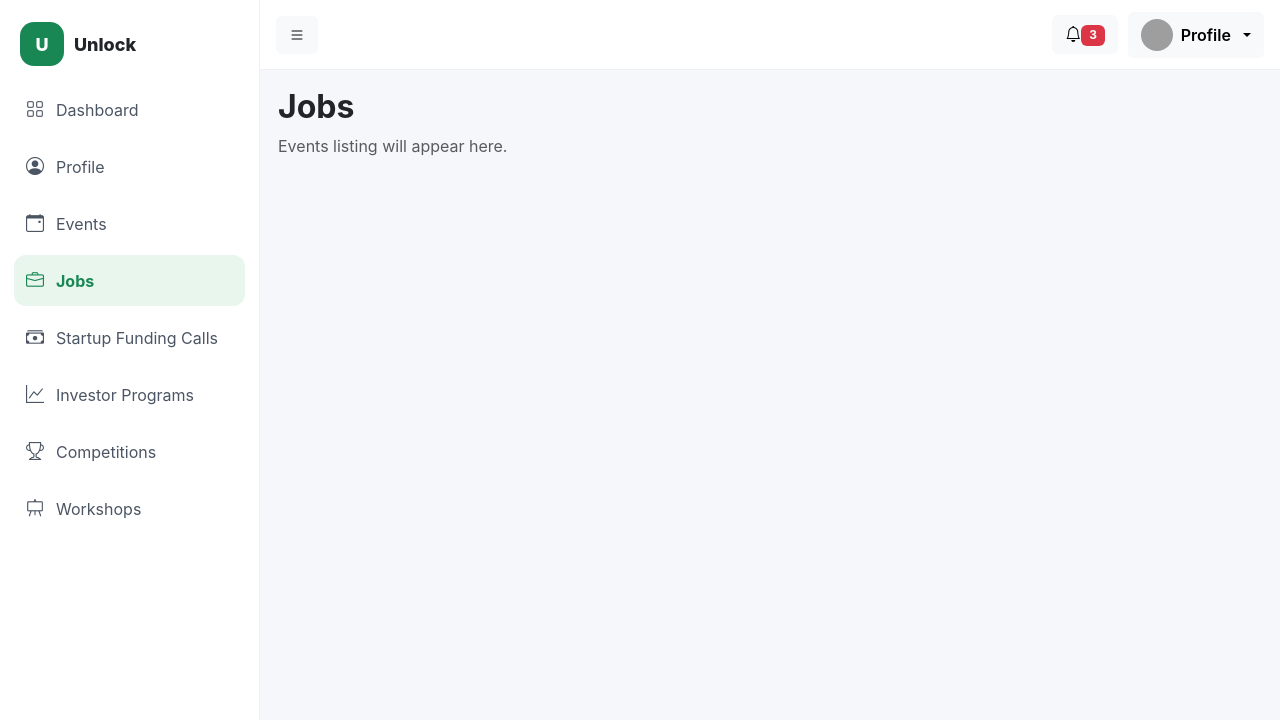
Repository: avmaurya07/unlock-dashboard
Page: /publisher/jobs
These files come from the project's save history. The page is drawn as it stood at one moment and after the next save; the edit follows.
The browser window is 1280 px wide. The pictures show the whole page.
Pictures or frames that could not be fetched are drawn as grey boxes. The project was rebuilt for these pictures with package versions that can differ from the ones it lists, and the page was loaded fresh each time. Also part of the build but not shown: vite.config.js, src/index.css, src/pages/Login.jsx, src/components/Sidebar.jsx, src/components/Topbar.jsx, src/layout/MainLayout.jsx, src/components/DashboardCard.jsx, src/pages/Dashboard.jsx and 28 more.

Above is the page before, as saved 2026-01-09 17:02:54.

### index.html
<!doctype html>
<html lang="en">
  <head>
    <meta charset="UTF-8" />
    <link rel="icon" type="image/svg+xml" href="/vite.svg" />
    <meta name="viewport" content="width=device-width, initial-scale=1.0" />
    <title>unlock-dashboard</title>
  </head>
  <body>
    <div id="root"></div>
    <script type="module" src="/src/main.jsx"></script>
  </body>
</html>

### src/main.jsx
import { StrictMode } from 'react'
import { createRoot } from 'react-dom/client'
import './index.css'
import App from './App.jsx'
import 'bootstrap/dist/css/bootstrap.min.css';
import 'react-toastify/dist/ReactToastify.css';
import "bootstrap-icons/font/bootstrap-icons.css";
import "./styles/theme.css";
import "bootstrap/dist/js/bootstrap.bundle.min.js";

createRoot(document.getElementById('root')).render(
  <StrictMode>
    <App />
  </StrictMode>,
)

### src/App.jsx
import { BrowserRouter, Routes, Route, Navigate } from "react-router-dom";

import Login from "./pages/Login";

// Layout
import MainLayout from "./layout/MainLayout";

// Shared Pages
import Dashboard from "./pages/Dashboard";

// Publisher Pages
// import Events from "./pages/Events";
// import Jobs from "./pages/Jobs";
// import FundingCalls from "./pages/FundingCalls";
// import InvestorPrograms from "./pages/InvestorPrograms";
// import Competitions from "./pages/Competitions";
// import Workshops from "./pages/Workshops";
import RegisterPublisher from "./pages/RegisterPublisher";

import PublisherLayout from "./layout/PublisherLayout";
import PublisherDashboard from "./pages/publisher/PublisherDashboard";
import Events from "./pages/publisher/Events";
import Jobs from "./pages/publisher/Jobs";
import FundingCalls from "./pages/publisher/FundingCalls";
import InvestorPrograms from "./pages/publisher/InvestorPrograms";
import Competitions from "./pages/publisher/Competitions";
import Workshops from "./pages/publisher/Workshops";

// User + Admin
import UserDashboard from "./pages/UserDashboard";
// import PublisherDashboard from "./pages/PublisherDashboard";
import AdminDashboard from "./pages/AdminDashboard";
import AdminLayout from "./layout/AdminLayout";
import PendingListings from "./pages/admin/PendingListings";
import AllListings from "./pages/admin/AllListings";
import Publishers from "./pages/admin/Publishers";
import Users from "./pages/admin/Users";
import Subscriptions from "./pages/admin/Subscriptions";
import PublisherTypes from "./pages/admin/PublisherTypes";


function App() {
  return (
    <BrowserRouter>
      <Routes>

        {/* PUBLIC ROUTE */}
        <Route path="/" element={<Login />} />
        <Route path="/register-publisher" element={<RegisterPublisher />} />

        {/* USER DASHBOARD */}
        <Route path="/dashboard/user" element={<UserDashboard />} />

        {/* ADMIN DASHBOARD */}
        {/* <Route path="/dashboard/admin" element={<AdminLayout />}>
          <Route index element={<AdminDashboard />} />
        </Route>

        <Route path="/admin/listings/pending" element={<AdminLayout />}>
          <Route index element={<PendingListings />} />
        </Route> */}

        <Route path="/admin" element={<AdminLayout />}>
          <Route path="dashboard" element={<AdminDashboard />} />
          <Route path="listings/pending" element={<PendingListings />} />
          <Route path="listings" element={<AllListings />} />
          <Route path="publishers" element={<Publishers />} />
          <Route path="publisher-types" element={<PublisherTypes />} />
          <Route path="users" element={<Users />} />
          <Route path="subscriptions" element={<Subscriptions />} />
        </Route>



        {/* PUBLISHER DASHBOARD (WITH SIDEBAR + TOPBAR) */}
        {/* <Route path="/dashboard/publisher" element={<MainLayout />}>
          <Route index element={<Dashboard />} />


          <Route path="events" element={<Events />} />
          <Route path="jobs" element={<Jobs />} />
          <Route path="funding-calls" element={<FundingCalls />} />
          <Route path="investor-programs" element={<InvestorPrograms />} />
          <Route path="competitions" element={<Competitions />} />
          <Route path="workshops" element={<Workshops />} />
        </Route> */}


        <Route path="/publisher" element={<PublisherLayout />}>
          <Route path="dashboard" element={<PublisherDashboard />} />
          <Route path="events" element={<Events />} />
          <Route path="jobs" element={<Jobs />} />
          <Route path="funding-calls" element={<FundingCalls />} />
          <Route path="investor-programs" element={<InvestorPrograms />} />
          <Route path="competitions" element={<Competitions />} />
          <Route path="workshops" element={<Workshops />} />
        </Route>

      </Routes>
    </BrowserRouter>
  );
}

export default App;

### src/styles/theme.css
/* ===== Ventic UI Global Styles ===== */

body {
  margin: 0;
  padding: 0;
  background: #f4f6f9; /* Light gray clean background */
  font-family: "Inter", sans-serif;
}

/* Remove bootstrap container limits */
.container {
  max-width: 100% !important;
}

/* Utility classes */
.text-gray {
  color: #6c757d;
}

/* Headings */
h1, h2, h3, h4, h5 {
  font-weight: 700;
  color: #212529;
}

/* Card Shadows */
.card-v {
  border: none !important;
  border-radius: 12px !important;
  background: #fff;
  box-shadow: 0 2px 10px rgba(0,0,0,0.08);
  padding: 20px;
  transition: all 0.2s ease;
}

.card-v:hover {
  transform: translateY(-2px);
  box-shadow: 0 4px 14px rgba(0, 0, 0, 0.12);
}


/* ===== Sidebar Ventic Style ===== */

.sidebar-container {
  width: 260px;
  min-height: 100vh;
  background: #ffffff;
  padding-top: 20px;
  border-right: 1px solid #e9ecef;
}

.sidebar-header {
  font-size: 22px;
  font-weight: 700;
  padding: 0 22px;
  margin-bottom: 20px;
}

.sidebar-menu li {
  margin-bottom: 6px;
}

.sidebar-link {
  display: flex;
  align-items: center;
  padding: 12px 22px;
  font-size: 15px;
  text-decoration: none;
  color: #495057;
  font-weight: 500;
  border-radius: 8px;
  transition: all 0.15s ease;
}

.sidebar-link:hover {
  background: #f1f3f5;
  color: #000;
}

.sidebar-link.active {
  background: #e7f1ff;
  color: #0d6efd !important;
  font-weight: 600;
}


/* ===== Topbar Ventic Style ===== */

.topbar {
  height: 70px;
  background: #fff;
  padding: 0 30px;
  display: flex;
  justify-content: space-between;
  align-items: center;
}

.notification-wrapper {
  cursor: pointer;
}

.notif-badge {
  position: absolute;
  top: -6px;
  right: -10px;
  font-size: 12px;
}



/* Layout shell */
.ventic-shell {
  display: flex;
  min-height: 100vh;
  width: 100%;
  background: #f6f7fb;
}

/* Sidebar */
.ventic-sidebar {
  width: 260px;
  background: #ffffff;
  border-right: 1px solid #eef0f4;
  padding: 14px;
  transition: width 0.2s ease;
}

.ventic-sidebar.collapsed {
  width: 80px;
}

.ventic-sidebar__brand {
  display: flex;
  align-items: center;
  gap: 10px;
  padding: 8px 6px 18px;
}

.ventic-logo {
  width: 44px;
  height: 44px;
  border-radius: 14px;
  background: #198754;
  color: #fff;
  display: grid;
  place-items: center;
  font-weight: 800;
  font-size: 18px;
}

.ventic-brand-text {
  font-weight: 800;
  font-size: 18px;
}

.ventic-sidebar__menu {
  display: flex;
  flex-direction: column;
  gap: 6px;
}

/* Nav links */
.ventic-nav {
  display: flex;
  align-items: center;
  gap: 12px;
  padding: 12px 12px;
  border-radius: 12px;
  text-decoration: none;
  color: #4b5563;
}

.ventic-nav:hover {
  background: #f3f4f6;
}

.ventic-nav.active {
  background: #e8f6ee;
  color: #198754;
  font-weight: 700;
}

.ventic-nav__icon {
  font-size: 18px;
}

/* Main */
.ventic-main {
  flex: 1;
  display: flex;
  flex-direction: column;
  min-width: 0;
}

.ventic-topbar {
  height: 70px;
  background: #ffffff;
  border-bottom: 1px solid #eef0f4;
  padding: 0 16px;
  display: flex;
  align-items: center;
  justify-content: space-between;
}

.ventic-topbar__right {
  display: flex;
  align-items: center;
  gap: 10px;
}

.ventic-content {
  padding: 18px;
}

/* Mobile: hide sidebar or collapse */
@media (max-width: 992px) {
  .ventic-sidebar {
    width: 80px;
  }
  .ventic-brand-text,
  .ventic-nav__text {
    display: none;
  }
}

### src/layout/PublisherLayout.jsx
import { Outlet } from "react-router-dom";
import PublisherSidebar from "../components/publisher/PublisherSidebar";
import PublisherTopbar from "../components/publisher/PublisherTopbar";
import { useState } from "react";

export default function PublisherLayout() {
  const [collapsed, setCollapsed] = useState(false);

  return (
    <div className="ventic-shell">
      <PublisherSidebar collapsed={collapsed} />

      <div className="ventic-main">
        <PublisherTopbar onToggle={() => setCollapsed((v) => !v)} />
        <div className="ventic-content">
          <Outlet />
        </div>
      </div>
    </div>
  );
}

### src/pages/publisher/Jobs.jsx
export default function Events() {
  return (
    <div>
      <h2 className="mb-2">Jobs</h2>
      <p className="text-muted">Events listing will appear here.</p>
    </div>
  );
}

### src/components/publisher/PublisherSidebar.jsx
import { NavLink } from "react-router-dom";

const menu = [
  { label: "Dashboard", icon: "bi-grid", to: "/publisher/dashboard" },
  { label: "Profile", icon: "bi-person-circle", to: "/publisher/profile" },
  { label: "Events", icon: "bi-calendar-event", to: "/publisher/events" },
  { label: "Jobs", icon: "bi-briefcase", to: "/publisher/jobs" },
  { label: "Startup Funding Calls", icon: "bi-cash-stack", to: "/publisher/funding-calls" },
  { label: "Investor Programs", icon: "bi-graph-up", to: "/publisher/investor-programs" },
  { label: "Competitions", icon: "bi-trophy", to: "/publisher/competitions" },
  { label: "Workshops", icon: "bi-easel", to: "/publisher/workshops" },
];

export default function PublisherSidebar({ collapsed }) {
  return (
    <div className={`ventic-sidebar ${collapsed ? "collapsed" : ""}`}>
      <div className="ventic-sidebar__brand">
        <div className="ventic-logo">U</div>
        {!collapsed && <div className="ventic-brand-text">Unlock</div>}
      </div>

      <div className="ventic-sidebar__menu">
        {menu.map((item) => (
          <NavLink
            key={item.to}
            to={item.to}
            className={({ isActive }) => `ventic-nav ${isActive ? "active" : ""}`}
          >
            <i className={`bi ${item.icon} ventic-nav__icon`} />
            {!collapsed && <span className="ventic-nav__text">{item.label}</span>}
          </NavLink>
        ))}
      </div>
    </div>
  );
}

### src/components/publisher/PublisherTopbar.jsx
import { logout } from "../../utils/auth";

export default function PublisherTopbar({ onToggle }) {
  return (
    <div className="ventic-topbar">
      <button className="btn btn-light ventic-icon-btn" onClick={onToggle}>
        <i className="bi bi-list" />
      </button>

      <div className="ventic-topbar__right">
        <button className="btn btn-light ventic-icon-btn position-relative">
          <i className="bi bi-bell" />
          <span className="badge bg-danger ventic-badge">3</span>
        </button>

        <div className="dropdown">
          <button
            className="btn btn-light d-flex align-items-center gap-2 dropdown-toggle"
            data-bs-toggle="dropdown"
          >
            <img
              src="https://i.pravatar.cc/40"
              alt="profile"
              className="rounded-circle"
              width="32"
              height="32"
            />
            <span className="fw-semibold">Profile</span>
          </button>

          <ul className="dropdown-menu dropdown-menu-end">
            <li><button className="dropdown-item">My Profile</button></li>
            <li>
              <button
                className="dropdown-item text-danger"
                onClick={() => {
                  logout();
                  window.location.href = "/";
                }}
              >
                Logout
              </button>
            </li>
          </ul>
        </div>
      </div>
    </div>
  );
}

Loaded but not shown: src/utils/mockStore.js (18 lines, source omitted); src/utils/auth.js (15 lines, source omitted); src/pages/publisher/ListingManager.jsx (362 lines, source omitted)

After the next save:
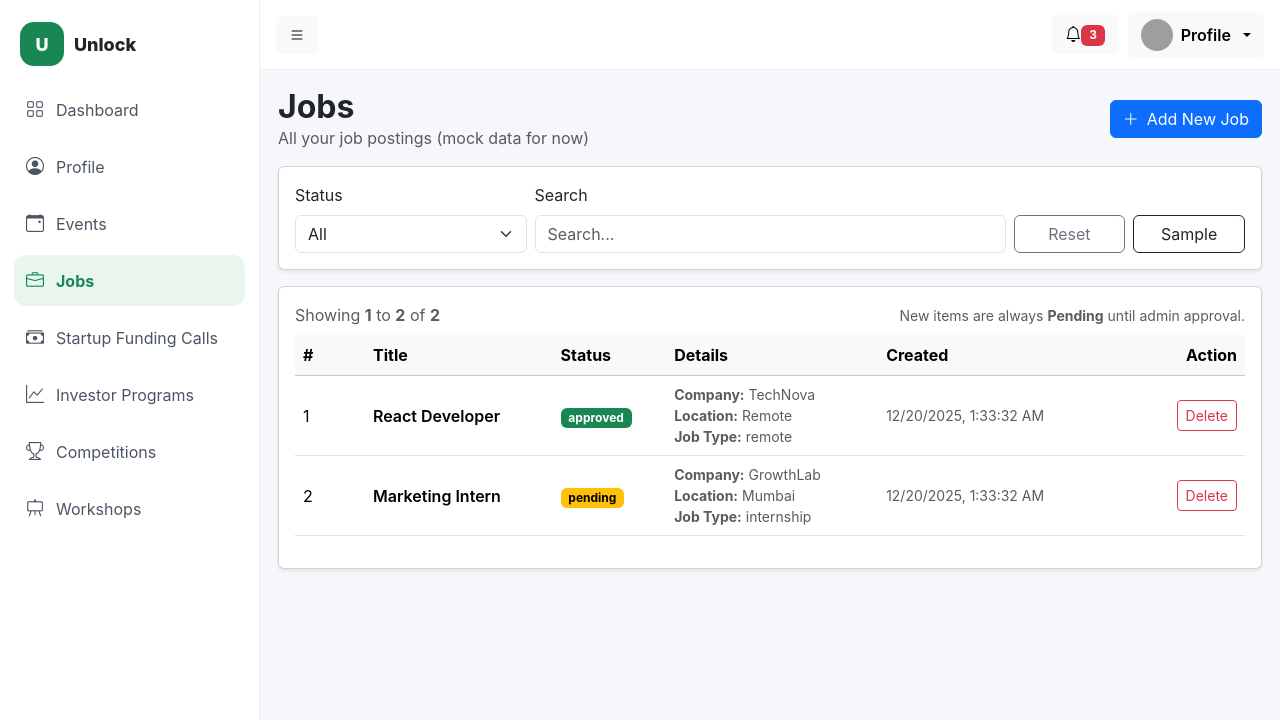
Saved 34 s later.
--- a/src/pages/publisher/Jobs.jsx
+++ b/src/pages/publisher/Jobs.jsx
@@ -1,8 +1,37 @@
-export default function Events() {
+import ListingManager from "./ListingManager";
+
+export default function Jobs() {
   return (
-    <div>
-      <h2 className="mb-2">Jobs</h2>
-      <p className="text-muted">Events listing will appear here.</p>
-    </div>
+    <ListingManager
+      typeKey="jobs"
+      title="Jobs"
+      subtitle="All your job postings (mock data for now)"
+      addButtonText="Add New Job"
+      searchKeys={["title", "company", "location"]}
+      fields={[
+        { name: "title", label: "Job Title", required: true, col: "col-md-6" },
+        { name: "company", label: "Company Name", required: true, col: "col-md-6" },
+        { name: "location", label: "Location", col: "col-md-6" },
+        {
+          name: "jobType",
+          label: "Job Type",
+          type: "select",
+          col: "col-md-6",
+          options: [
+            { value: "full-time", label: "Full-time" },
+            { value: "part-time", label: "Part-time" },
+            { value: "internship", label: "Internship" },
+            { value: "remote", label: "Remote" },
+          ],
+        },
+        { name: "salaryRange", label: "Salary Range", col: "col-md-6", placeholder: "e.g. 6–10 LPA" },
+        { name: "deadline", label: "Apply Deadline", type: "date", col: "col-md-6" },
+        { name: "description", label: "Job Description", type: "textarea", required: true, col: "col-12" },
+      ]}
+      sampleData={[
+        { _id: "j1", title: "React Developer", company: "TechNova", location: "Remote", jobType: "remote", salaryRange: "8–12 LPA", status: "approved", createdAt: new Date().toISOString() },
+        { _id: "j2", title: "Marketing Intern", company: "GrowthLab", location: "Mumbai", jobType: "internship", status: "pending", createdAt: new Date().toISOString() },
+      ]}
+    />
   );
 }
